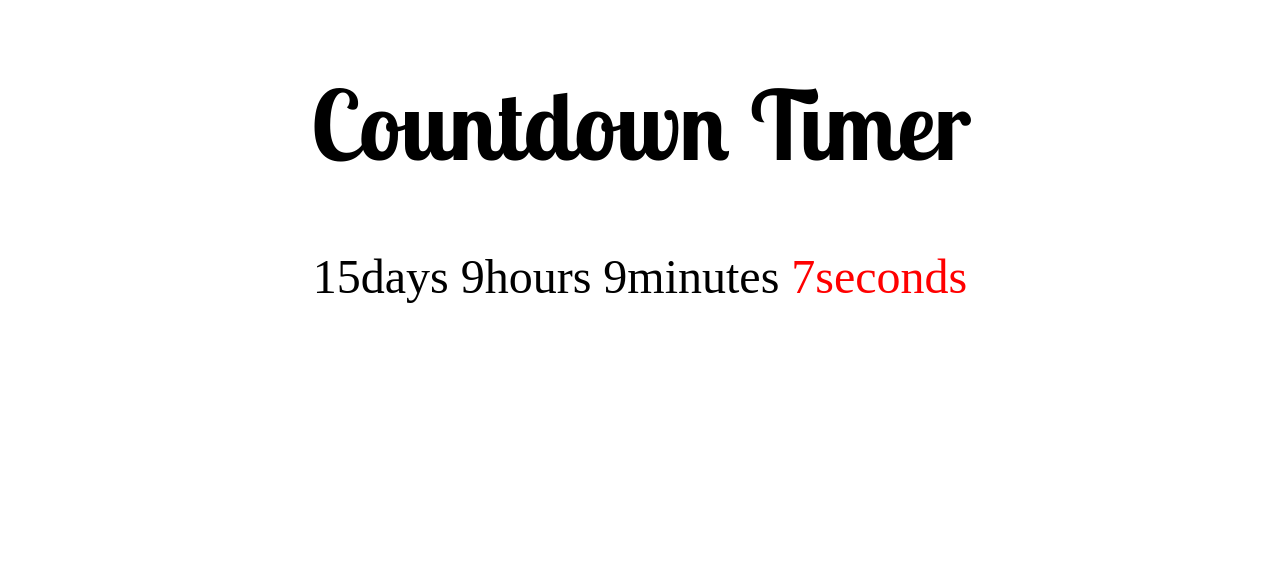
Repository: sinarinzifabrice/Events
Page: index.html
An editor plug-in stored every save of this project. The page is shown before and after the next save, followed by the edit.
The browser window is 1280 px wide. The pictures show the whole page.

Above is the page before, as saved 2024-05-16 11:21:11.

### index.html
<!DOCTYPE html>
<html lang="en">
<head>
  <meta charset="UTF-8">
  <meta name="viewport" content="width=device-width, initial-scale=1.0">
  <link rel="preconnect" href="https://fonts.googleapis.com">
<link rel="preconnect" href="https://fonts.gstatic.com" crossorigin>
<link href="https://fonts.googleapis.com/css2?family=Lobster+Two:ital,wght@0,700;1,700&family=Poppins:wght@300;400;600;700&display=swap" rel="stylesheet">
  <title>Countdown Timer</title>
  <style>
   h1{
      font-family: "Lobster Two", sans-serif;
      font-weight: 400;
      font-style: normal;
   }
    .countdown {
      font-size: 3em;
      text-align: center;
    }
    .red {
      color: red;
    }
  </style>
</head>
<body>

   <div class="countdown"><h1>Countdown Timer</h1></div>
   <div id="countdown" class="countdown"></div>



<script>
  // Set the date we're counting down to
  var countDownDate = new Date("May 29, 2024 19:00:00").getTime();

  // Update the countdown every 1 second
  var x = setInterval(function() {

    // Get the current date and time
    var now = new Date().getTime();

    // Calculate the remaining time
    var distance = countDownDate - now;

    // Calculate days, hours, minutes and seconds
    var days = Math.floor(distance / (1000 * 60 * 60 * 24));
    var hours = Math.floor((distance % (1000 * 60 * 60 * 24)) / (1000 * 60 * 60));
    var minutes = Math.floor((distance % (1000 * 60 * 60)) / (1000 * 60));
    var seconds = Math.floor((distance % (1000 * 60)) / 1000);

    // Display the countdown
    document.getElementById("countdown").innerHTML = days + "days " + hours + "hours "
    + minutes + "minutes <span class='red'>" + seconds + "seconds</span>";

    // If the countdown is over, display a message
    if (distance < 0) {
      clearInterval(x);
      document.getElementById("countdown").innerHTML = "EXPIRED";
    }
  }, 1000);
</script>

</body>
</html>

After the next save:
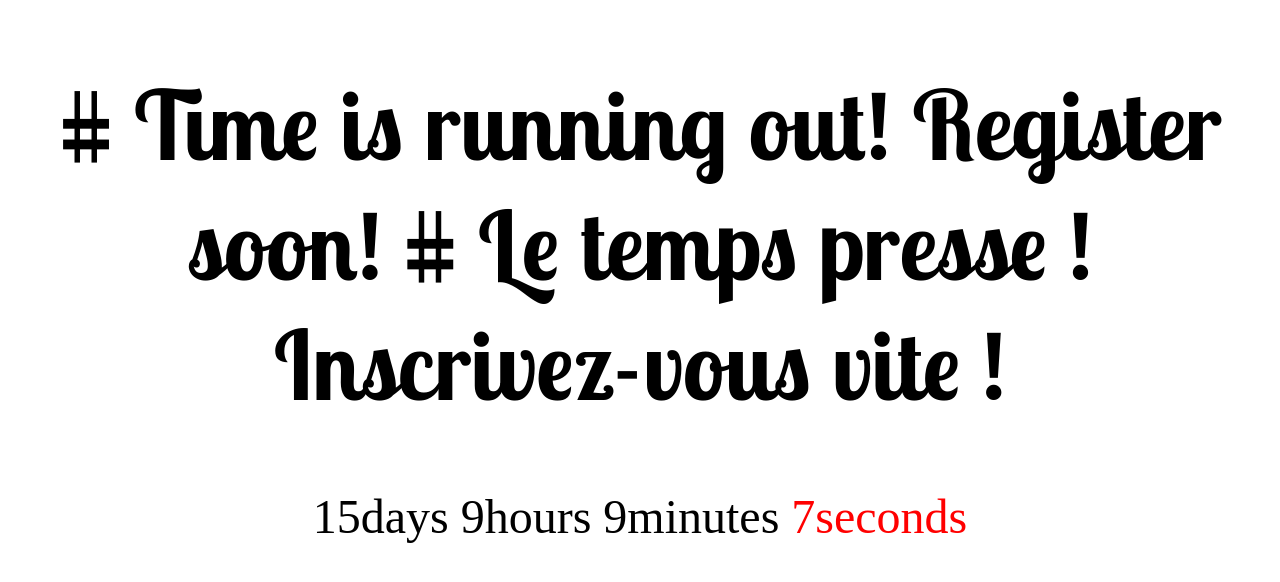
Saved 7 h 31 min later.
--- a/index.html
+++ b/index.html
@@ -24,7 +24,9 @@
 </head>
 <body>
 
-   <div class="countdown"><h1>Countdown Timer</h1></div>
+   <div class="countdown"><h1># Time is running out! Register soon!
+
+      # Le temps presse ! Inscrivez-vous vite !</h1></div>
    <div id="countdown" class="countdown"></div>
 
 
